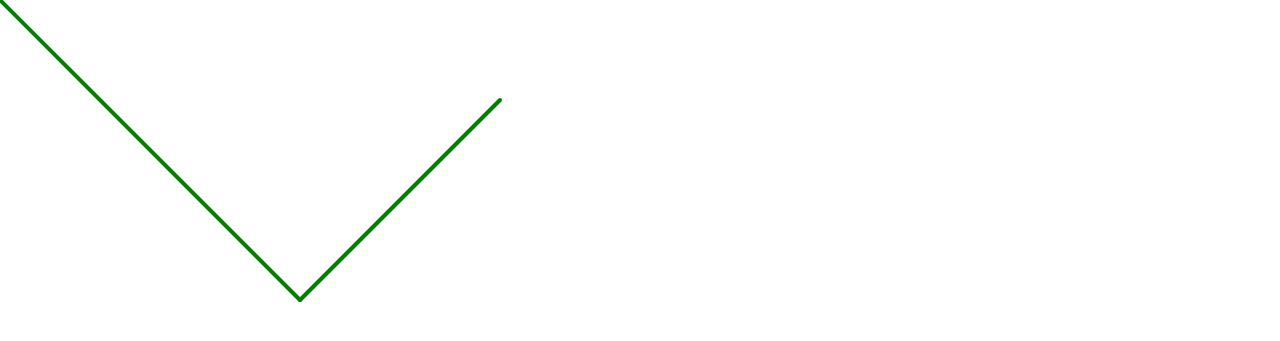
Repository: Lixianlai-2/Canvas-demo
Page: index.html
The author's editor kept a copy of each file at every save. The page is drawn from the files as they stood at one save, then again after the next save.
The browser window is 1280 px wide. The pictures show the whole page.

Above is the page before, as saved 2021-12-19 23:11:41.

### index.html
<!DOCTYPE html>
<html lang="en">
  <head>
    <meta charset="UTF-8" />
    <meta http-equiv="X-UA-Compatible" content="IE=edge" />
    <meta name="viewport" content="width=device-width, initial-scale=1.0" />
    <link rel="stylesheet" href="/style.css" />
    <script defer src="/main.js"></script>
    <title>Document</title>
  </head>
  <body>
    <canvas id="canvass" height="100" width="100"></canvas>
  </body>
</html>

### style.css
* {
  margin: 0;
  padding: 0;
  box-sizing: border-box;
}

#canvass {
  display: block;
}

### main.js
const canvas = document.querySelector("#canvass");
console.log(canvas);
canvas.height = document.documentElement.clientHeight;
canvas.width = document.documentElement.clientWidth;
console.log(screen);

let ctx = canvas.getContext("2d");

// 让填充色和边框色都变成同一个
ctx.strokeStyle = "green";
ctx.fillStyle = "green";

const drawLine = function (x1, y1, x2, y2) {
  ctx.beginPath();
  ctx.moveTo(x1, y1);
  ctx.lineTo(x2, y2);
  ctx.lineCap = "round";
  ctx.lineWidth = 4;
  ctx.stroke();
};

drawLine(0, 0, 300, 300);
drawLine(300, 300, 500, 100);

// // ----------------------------------------------------
// // 非手机端

// let painting = false;

let lastMoveOrTouch;

// 设置判断条件，当鼠标按下时

canvas.onmousedown = (e) => {
  painting = true;
  lastMoveOrTouch = [e.clientX, e.clientY];
};

// 当鼠标松开时
canvas.onmouseup = () => {
  painting = false;
};

canvas.onmousemove = (e) => {
  if (painting === true) {
    drawLine(lastMoveOrTouch[0], lastMoveOrTouch[1], e.clientX, e.clientY);
    lastMoveOrTouch = [e.clientX, e.clientY];
  }
};

// // --------------------------------------------
// 手机端

//
canvas.ontouchstart = (e) => {
  console.log(e);
  lastMoveOrTouch = [e.touches[0].clientX, e.touches[0].clientY];
};

// 检测是否为手机端的函数，要判断的话需要执行它
function is_touch_enabled() {
  return (
    "ontouchstart" in window ||
    navigator.maxTouchPoints > 0 ||
    navigator.msMaxTouchPoints > 0
  );
}

// 注意这里要用is_touch_enabled()，要执行这个函数
if (is_touch_enabled() === true) {
  canvas.ontouchmove = (e) => {
    drawLine(
      lastMoveOrTouch[0],
      lastMoveOrTouch[1],
      e.touches[0].clientX,
      e.touches[0].clientY
    );
    lastMoveOrTouch = [e.touches[0].clientX, e.touches[0].clientY];
  };
}

After the next save:
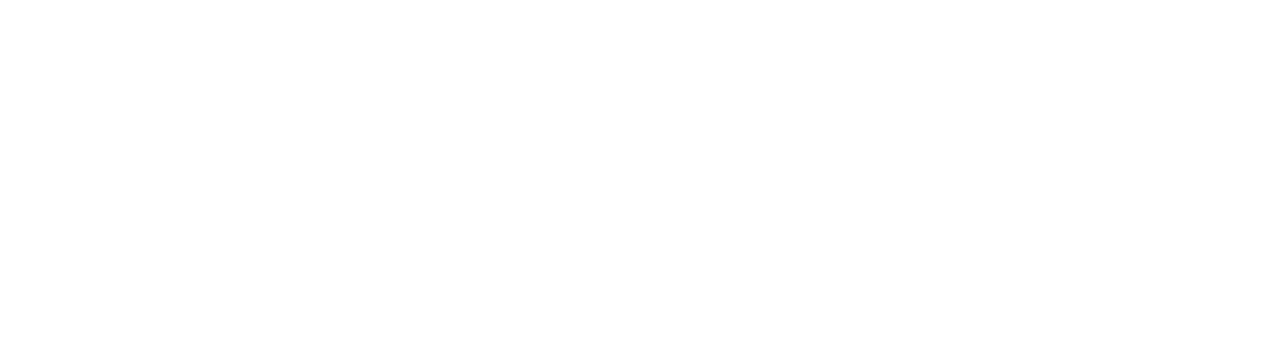
Saved 13 s later.
--- a/main.js
+++ b/main.js
@@ -18,9 +18,6 @@
   ctx.lineWidth = 4;
   ctx.stroke();
 };
-
-drawLine(0, 0, 300, 300);
-drawLine(300, 300, 500, 100);
 
 // // ----------------------------------------------------
 // // 非手机端

After the save that followed:
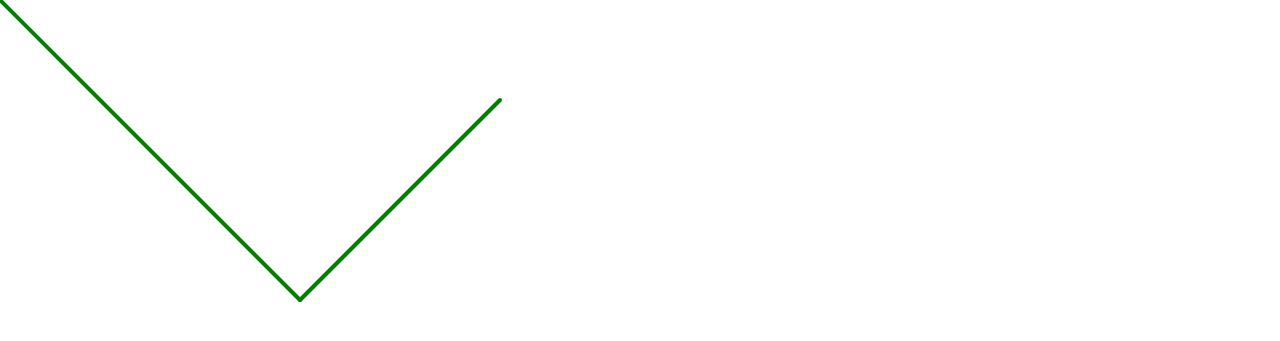
Saved 11 s later.
--- a/main.js
+++ b/main.js
@@ -18,6 +18,10 @@
   ctx.lineWidth = 4;
   ctx.stroke();
 };
+
+//
+drawLine(0, 0, 300, 300);
+drawLine(300, 300, 500, 100);
 
 // // ----------------------------------------------------
 // // 非手机端
